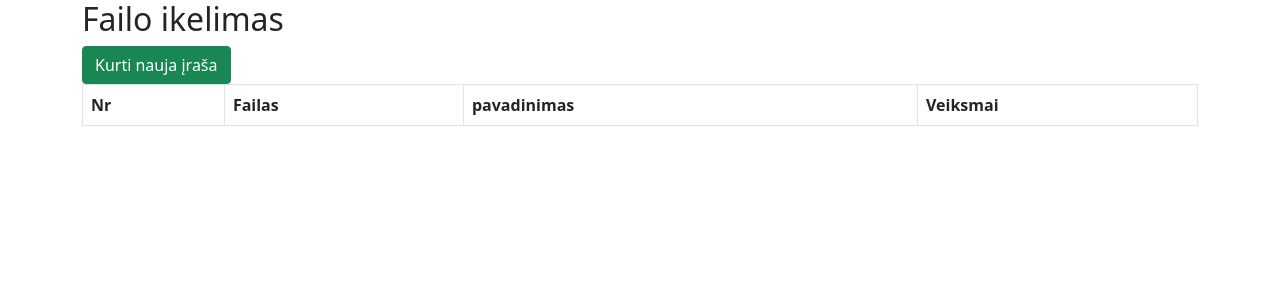
Repository: WafIukas/Bylos-ikelimas
Page: http://localhost/products
An editor plug-in stored every save of this project. The page is shown before and after the next save, followed by the edit.
The browser window is 1280 px wide. The pictures show the whole page.
The page is served by the project's Laravel application, run on PHP 8.4 with Laravel 9. Queries for data that is not in the repository find no rows.

Above is the page before, as saved 2022-04-29 17:29:46.

After the next save:
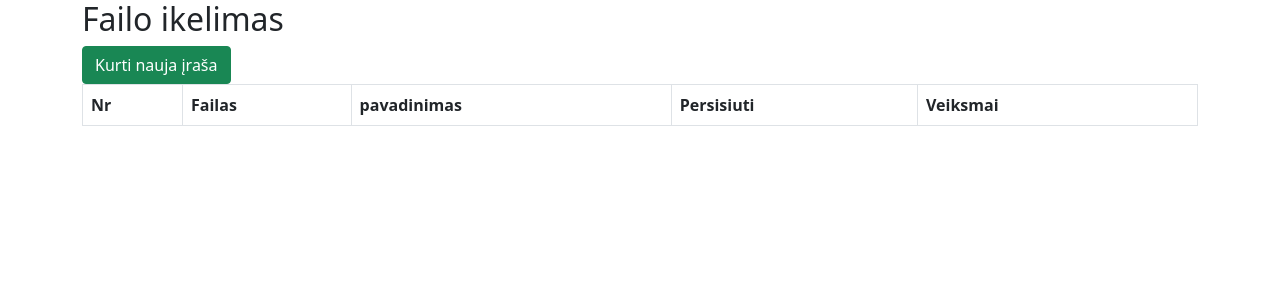
Saved 13 s later.
--- a/resources/views/products/index.blade.php
+++ b/resources/views/products/index.blade.php
@@ -23,6 +23,7 @@
             <th>Nr</th>
             <th>Failas</th>
             <th>pavadinimas</th>
+            <th>Persisiuti</th>
             <th width="280px">Veiksmai</th>
         </tr>
         @foreach ($products as $product)
